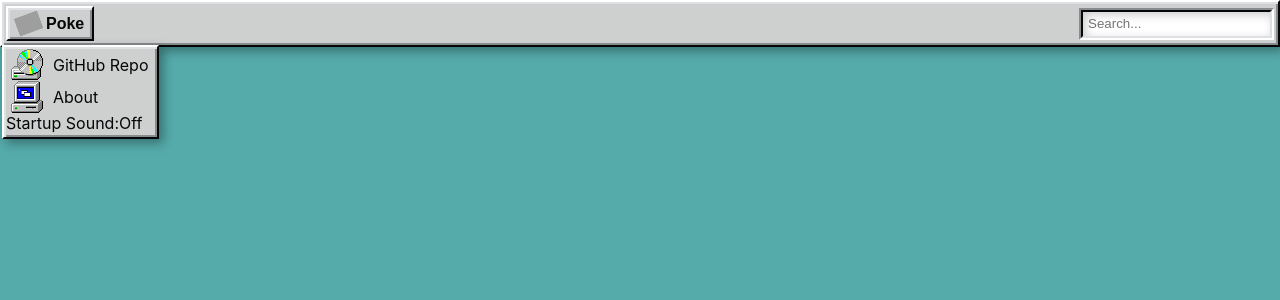
Repository: VolodymyrDubnytskyi/Pokemons
Page: /
An editor plug-in stored every save of this project. The page is shown before and after the next save, followed by the edit.
The browser window is 1280 px wide. The pictures show the whole page.
Pictures or frames that could not be fetched are drawn as grey boxes. The page's requests for data from a server got no answer. The project was rebuilt for these pictures with package versions that can differ from the ones it lists, and the page was loaded fresh each time. No one was signed in, and anything a server would have sent is missing. Also part of the build but not shown: src/Components/PopUpComponents/BasicInfo.js, src/Components/PopUpComponents/Stats.js, src/Components/PopUpComponents/Abilities.js, src/Components/PopUp.js.

Above is the page before, as saved 2020-06-11 14:59:34.

After the next save:
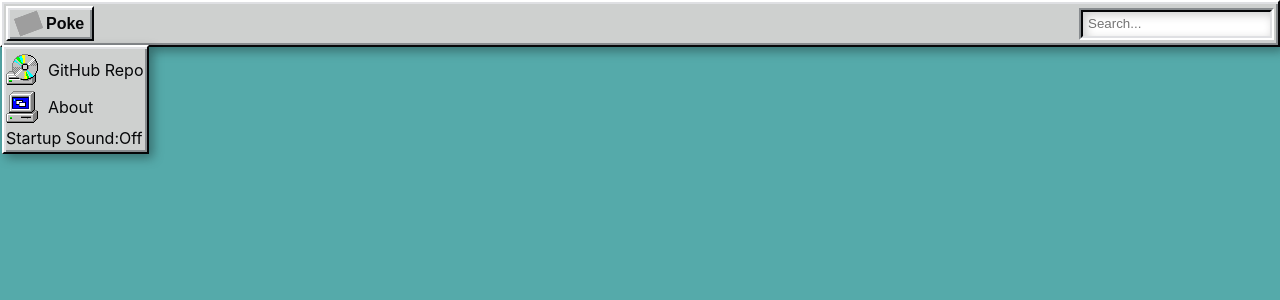
Saved 9 s later.
--- a/src/App.css
+++ b/src/App.css
@@ -427,7 +427,7 @@ button {
 .menu-item {
   display: flex;
   align-items: center;
-  margin: 0 5px;
+  margin:5px 0;
 }
 .menu-icons {
   margin-right: 10px;
